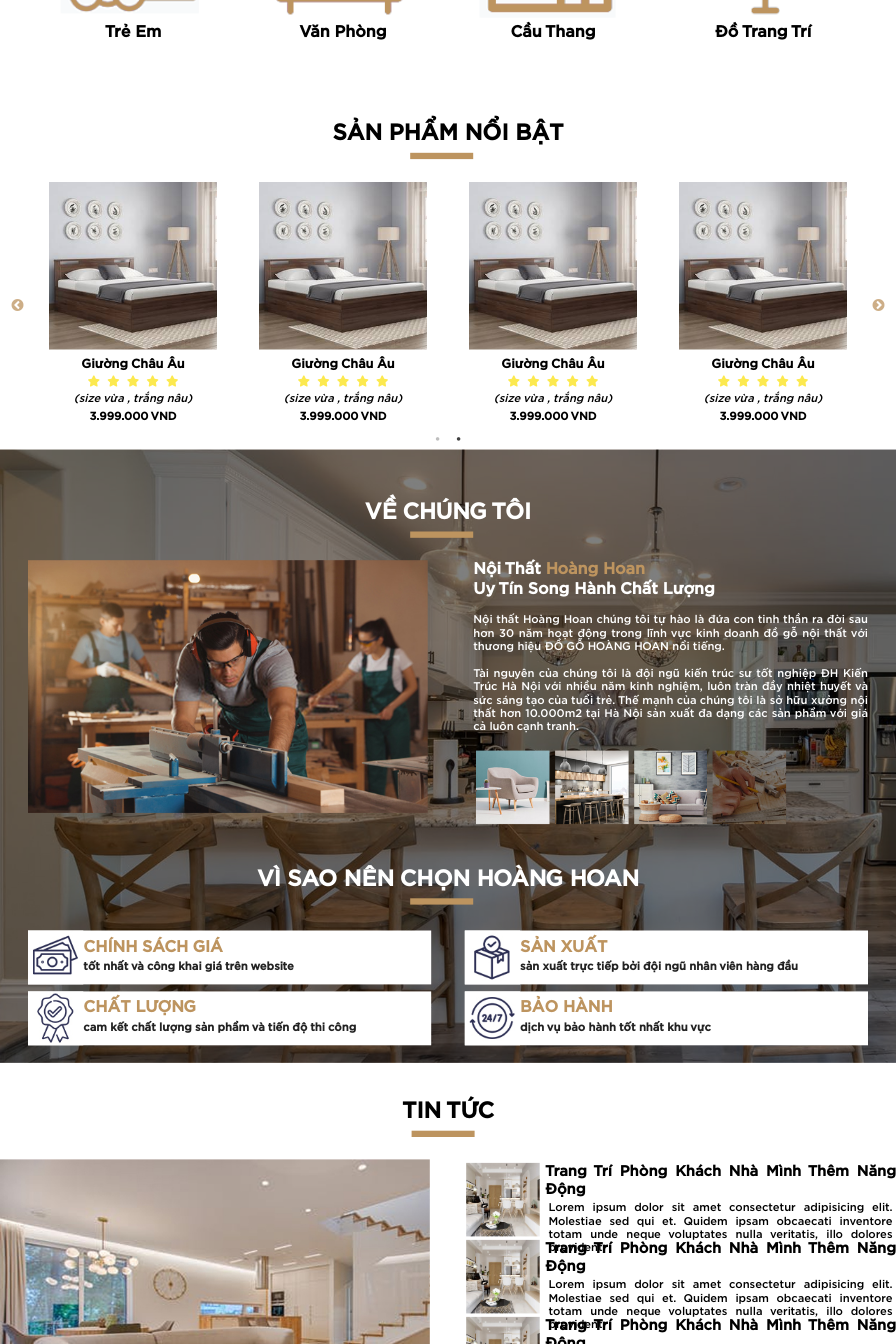
Repository: LDDUNG2003/prj_2
Page: /
These files come from the project's save history. The page is drawn as it stood at one moment and after a run of saves; the edit follows.
The browser window is 1280 px wide. The pictures show the part of the page from y = 1125 to 3045 px (the page is 3909 px tall before and 3556 px after), at 70% of full size.
The project was rebuilt for these pictures with package versions that can differ from the ones it lists, and the page was loaded fresh each time. Also part of the build but not shown: src/pages/news/index.js, src/pages/notfoud/index.js.

Above is the page before, as saved 2023-09-20 10:07:44.

After the next 2 saves:
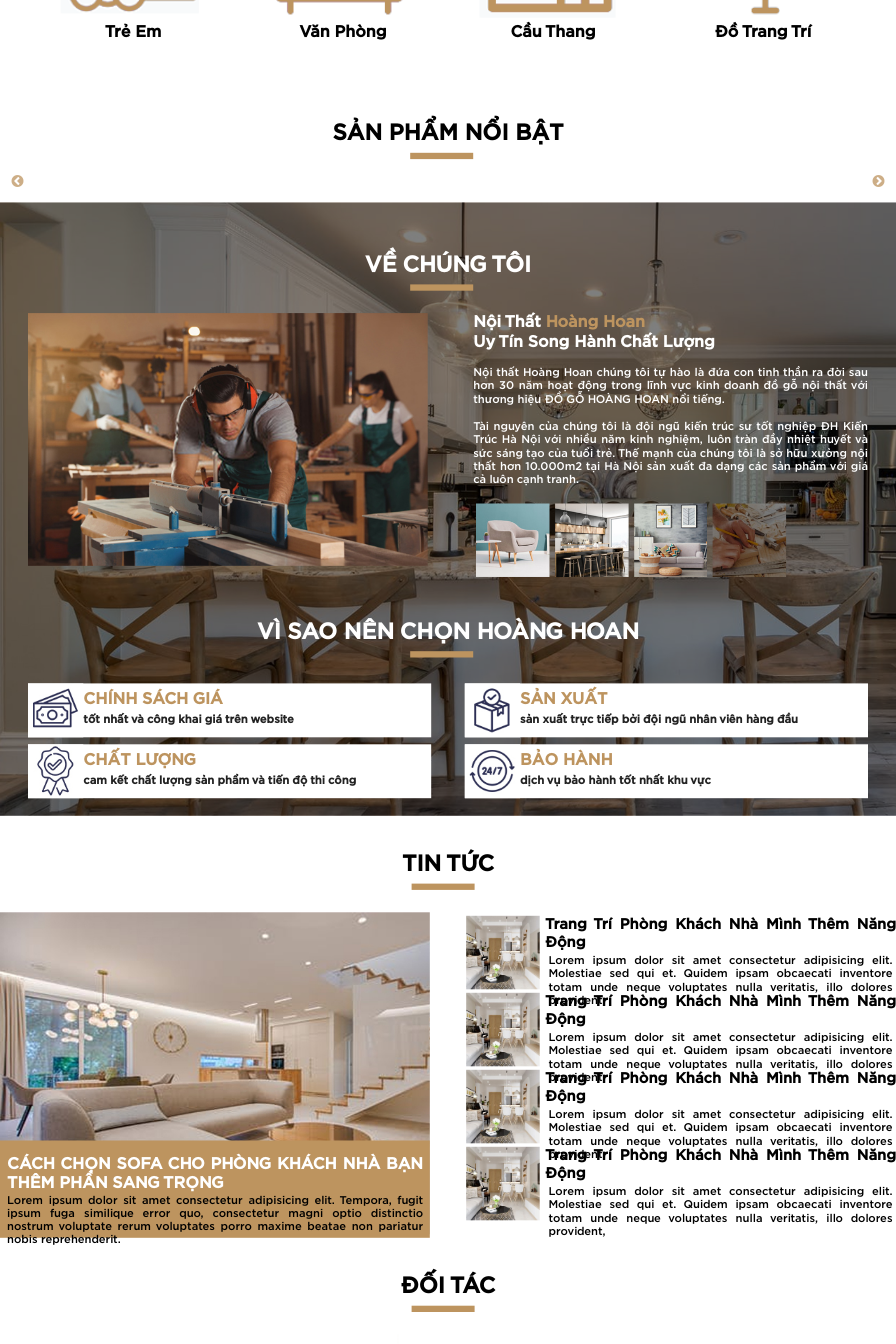
The 2 saves are shown as one change because 1 did not build or start.
The last was saved 7 min 8 s later.
--- a/src/pages/home/setProductSlick/index.js
+++ b/src/pages/home/setProductSlick/index.js
@@ -43,81 +43,6 @@
     return (
       <div>
         <Slider {...settings}>
-        <li className="featured--item">
-            <img src="./img/featured/giuong-ngu.png" alt className="featured--img" />
-            <div className="featured--content">
-              <h5 className="featured-name">Giường Châu Âu</h5>
-              <ul className="evaluate--list">
-                <li><Star/></li>
-                <li><Star/></li>
-                <li><Star/></li>
-                <li><Star/></li>
-                <li><Star/></li>
-              </ul>
-              <i className="note-product">(size vừa , trắng nâu)</i>
-              <p className="price-product">3.999.000 VND</p>
-            </div>
-          </li>
-          <li className="featured--item">
-            <img src="./img/featured/giuong-ngu.png" alt className="featured--img" />
-            <div className="featured--content">
-              <h5 className="featured-name">Giường Châu Âu</h5>
-              <ul className="evaluate--list">
-               <li><Star/></li>
-                <li><Star/></li>
-                <li><Star/></li>
-                <li><Star/></li>
-                <li><Star/></li>
-              </ul>
-              <i className="note-product">(size vừa , trắng nâu)</i>
-              <p className="price-product">3.999.000 VND</p>
-            </div>
-          </li>
-          <li className="featured--item">
-            <img src="./img/featured/giuong-ngu.png" alt className="featured--img" />
-            <div className="featured--content">
-              <h5 className="featured-name">Giường Châu Âu</h5>
-              <ul className="evaluate--list">
-               <li><Star/></li>
-                <li><Star/></li>
-                <li><Star/></li>
-                <li><Star/></li>
-                <li><Star/></li>
-              </ul>
-              <i className="note-product">(size vừa , trắng nâu)</i>
-              <p className="price-product">3.999.000 VND</p>
-            </div>
-          </li>
-          <li className="featured--item">
-            <img src="./img/featured/giuong-ngu.png" alt className="featured--img" />
-            <div className="featured--content">
-              <h5 className="featured-name">Giường Châu Âu</h5>
-              <ul className="evaluate--list">
-               <li><Star/></li>
-                <li><Star/></li>
-                <li><Star/></li>
-                <li><Star/></li>
-                <li><Star/></li>
-              </ul>
-              <i className="note-product">(size vừa , trắng nâu)</i>
-              <p className="price-product">3.999.000 VND</p>
-            </div>
-          </li>
-          <li className="featured--item">
-            <img src="./img/featured/giuong-ngu.png" alt className="featured--img" />
-            <div className="featured--content">
-              <h5 className="featured-name">Giường Châu Âu</h5>
-              <ul className="evaluate--list">
-               <li><Star/></li>
-                <li><Star/></li>
-                <li><Star/></li>
-                <li><Star/></li>
-                <li><Star/></li>
-              </ul>
-              <i className="note-product">(size vừa , trắng nâu)</i>
-              <p className="price-product">3.999.000 VND</p>
-            </div>
-          </li>
         </Slider>
       </div>
     );
